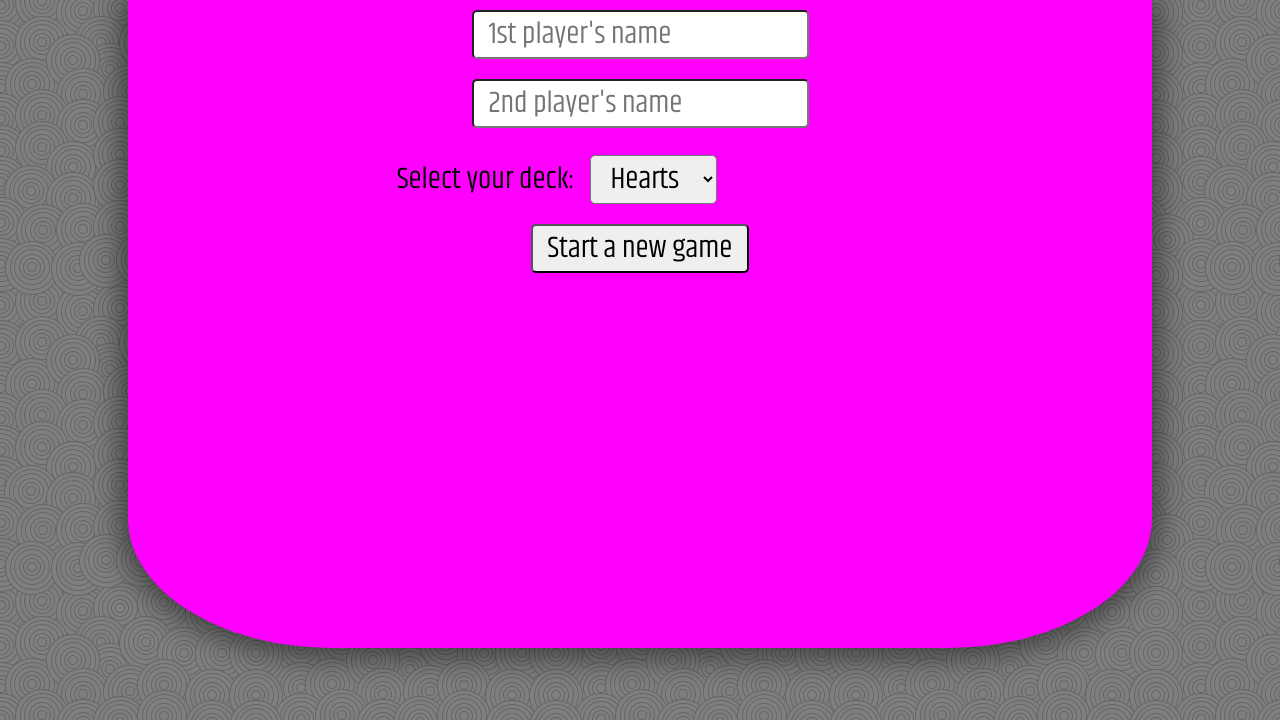
Repository: loragil/memory-game
Page: index.html
The author's editor kept a record of every edit. The page is drawn from the files as they stood at one moment, then again after the next edit.
The browser window is 1280 px wide. The pictures show the whole page.

Above is the page before.
Console error: SyntaxError: Unexpected token ')'

After the next edit:
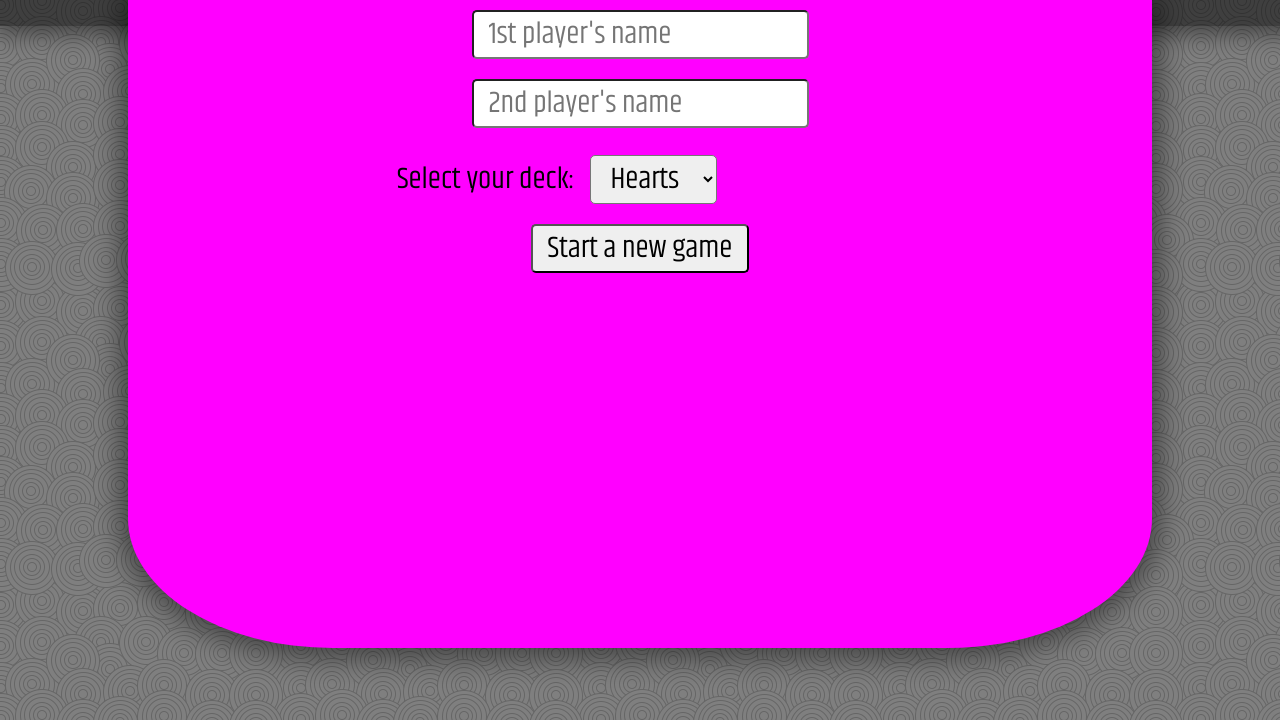
The edit:
--- a/css/game.css
+++ b/css/game.css
@@ -64,7 +64,7 @@
     z-index: 1;
     background-color: rgba(0, 0, 0, 0.5);
     transition: all 0.6s;
-    overflow:hidden;
+    overflow: hidden;
 }
 #startScreen .wrapper {
     width: 80%;
@@ -89,7 +89,6 @@
     left: 50%;
     transform: translate(-50%, -50%);
 }
-
 #container.inGame #startScreen {
     top: -100%;
 }
@@ -105,6 +104,12 @@
     text-align: center;
     position: fixed;
     width: 100%;
+    background: rgba(0, 0, 0, 0.5);
+    box-shadow: 0px 0.2rem 2.5rem 0.5rem rgba(0, 0, 0, 0.5);
+}
+.details >div {
+    display: inline-block;
+    margin: 0 1rem;
 }
 #playerA,
 #playerB {
